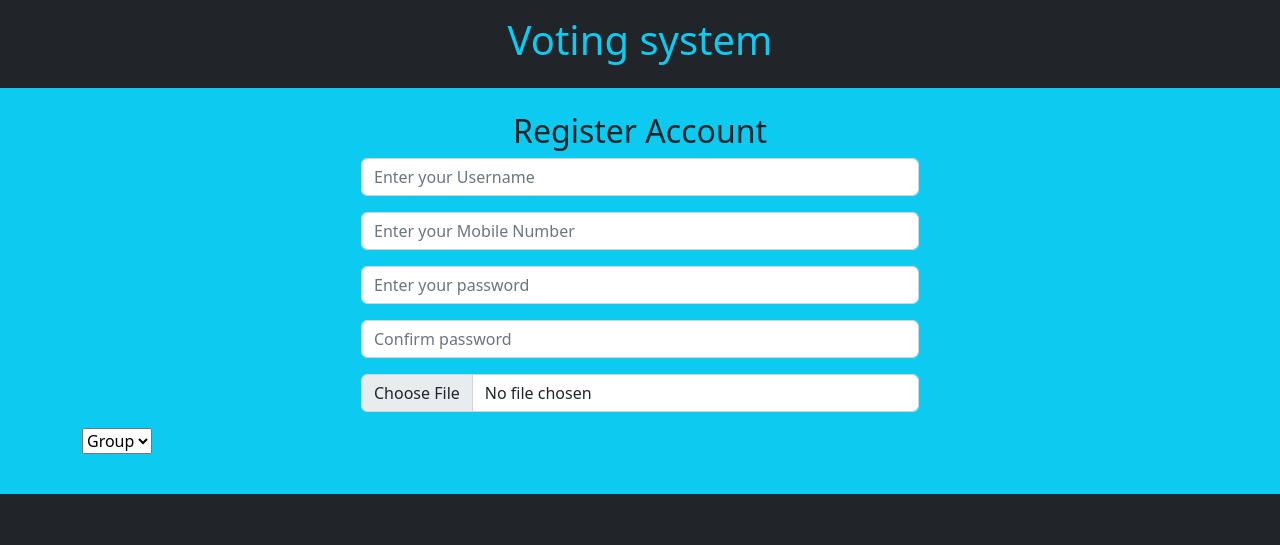
Repository: AvinashLikesToLearnNewStuff/VotingSite
Page: http://localhost/partials/registration.php
The author's editor kept a copy of each file at every save. The page is drawn from the files as they stood at one save, then again after the next save.
The browser window is 1280 px wide. The pictures show the whole page.
The page is run by PHP 8.4 with error messages shown; the project is at /var/www/html/.

Above is the page before, as saved 2023-03-09 10:33:33.

### partials/registration.php
<!DOCTYPE html>
<html lang="en">
<head>
    <meta charset="UTF-8">
    <meta http-equiv="X-UA-Compatible" content="IE=edge">
    <meta name="viewport" content="width=device-width, initial-scale=1.0">
    <title>Voting System Registration Page</title>
        <!-- bootstrap css link -->
     <link href="https://cdn.jsdelivr.net/npm/bootstrap@5.2.3/dist/css/bootstrap.min.css" rel="stylesheet" integrity="sha384-rbsA2VBKQhggwzxH7pPCaAqO46MgnOM80zW1RWuH61DGLwZJEdK2Kadq2F9CUG65" crossorigin="anonymous">
</head>
<body class="bg-dark">
    <h1 class="text-center text-info p-3">Voting system</h1>
    <div class="bg-info py-4">
        <h2 class="text-center">Register Account</h2>
        <div class="container">
            <form action="">
                <div class="mb-3">
                    <input type="text" name="username" class="form-control w-50 m-auto" placeholder="Enter your Username" required="required">
                </div>

                <div class="mb-3">
                    <input type="text" class="form-control w-50 m-auto" placeholder="Enter your Mobile Number" required="required" name="mobile">
                </div>

                    <div class="mb-3">
                    <input type="text" class="form-control w-50 m-auto" placeholder="Enter your password" required="required" name="password">
                </div>

                <div class="mb-3">
                    <input type="text" class="form-control w-50 m-auto" placeholder="Confirm password" required="required" name="cpassword">
                </div>

                <div class="mb-3">
                    <input type="file" class="form-control w-50 m-auto" name="photo">
                </div>

                <div class="mb-3">
                    <select name="std" >
                        <option value="group">Group</option>
                        <option value="voter">Voter</option>
                    </select>
                </div>
            </form>
        </div>

    </div>


</body>
</html>

After the next save:
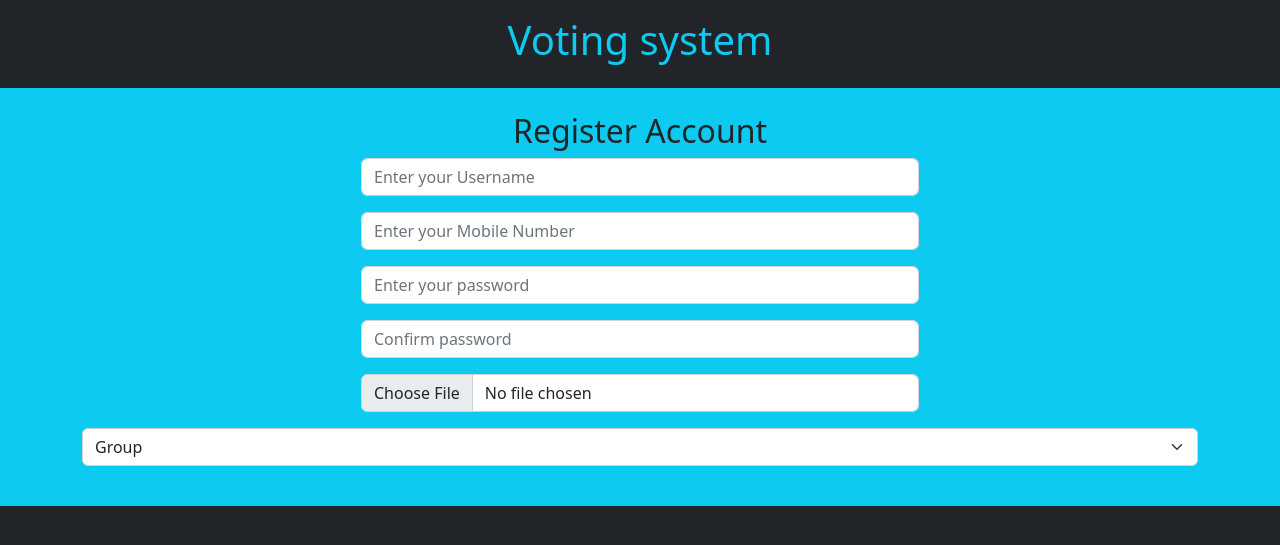
Saved 26 s later.
--- a/partials/registration.php
+++ b/partials/registration.php
@@ -35,7 +35,7 @@
                 </div>
 
                 <div class="mb-3">
-                    <select name="std" >
+                    <select name="std" class="form-select" >
                         <option value="group">Group</option>
                         <option value="voter">Voter</option>
                     </select>
